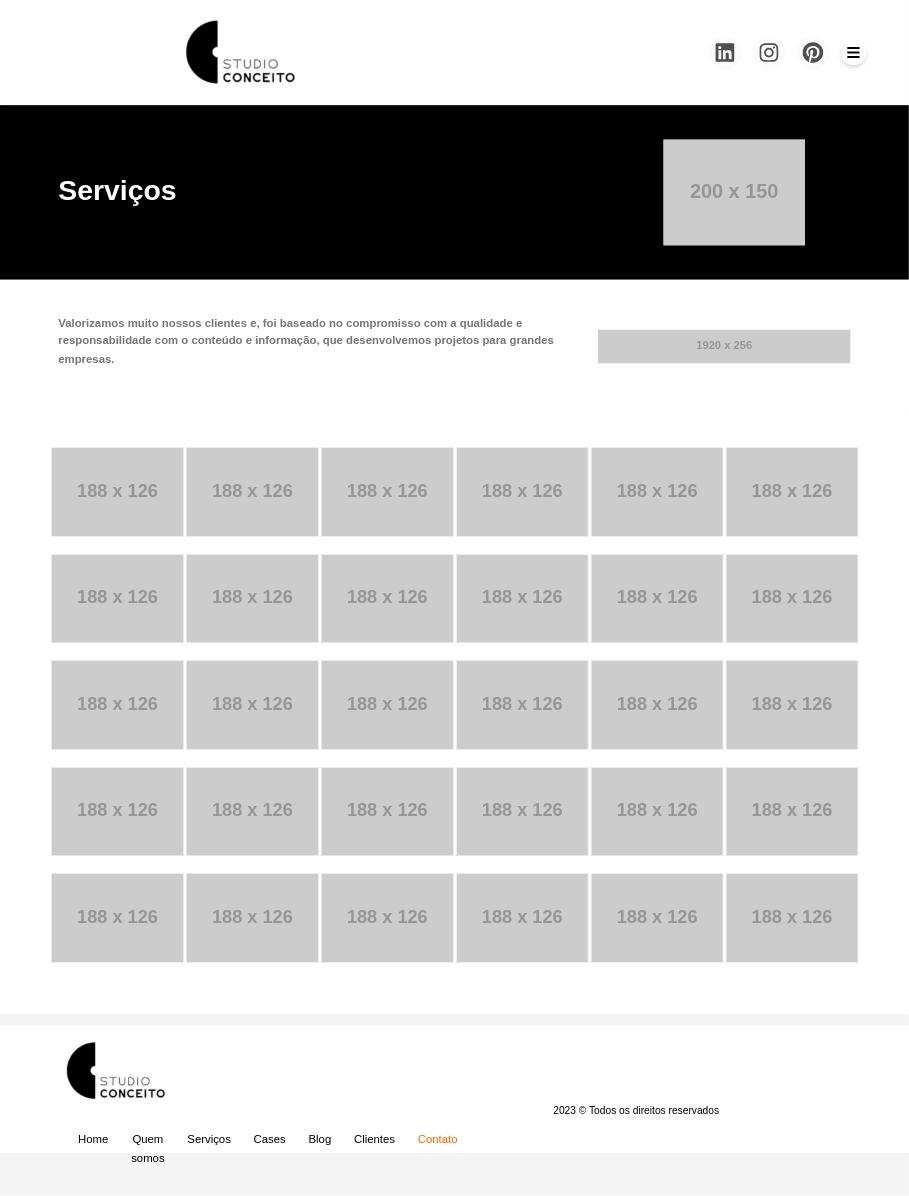
Repository: Upstairs-Agencia/studio-conceito-react
Page: /clientes
These files come from the project's save history. The page is drawn as it stood at one moment and after the next save; the edit follows.
The browser window is 1280 px wide. The pictures show the whole page, at 71% of full size.
The project was rebuilt for these pictures with package versions that can differ from the ones it lists, and the page was loaded fresh each time. Also part of the build but not shown: src/pages/Home.js, src/pages/QuemSomos.js, src/pages/Servicos.js, src/pages/Cases.js, src/pages/Blog.js, src/pages/Contato.js.

Above is the page before, as saved 2024-12-28 02:14:05.

After the next save:
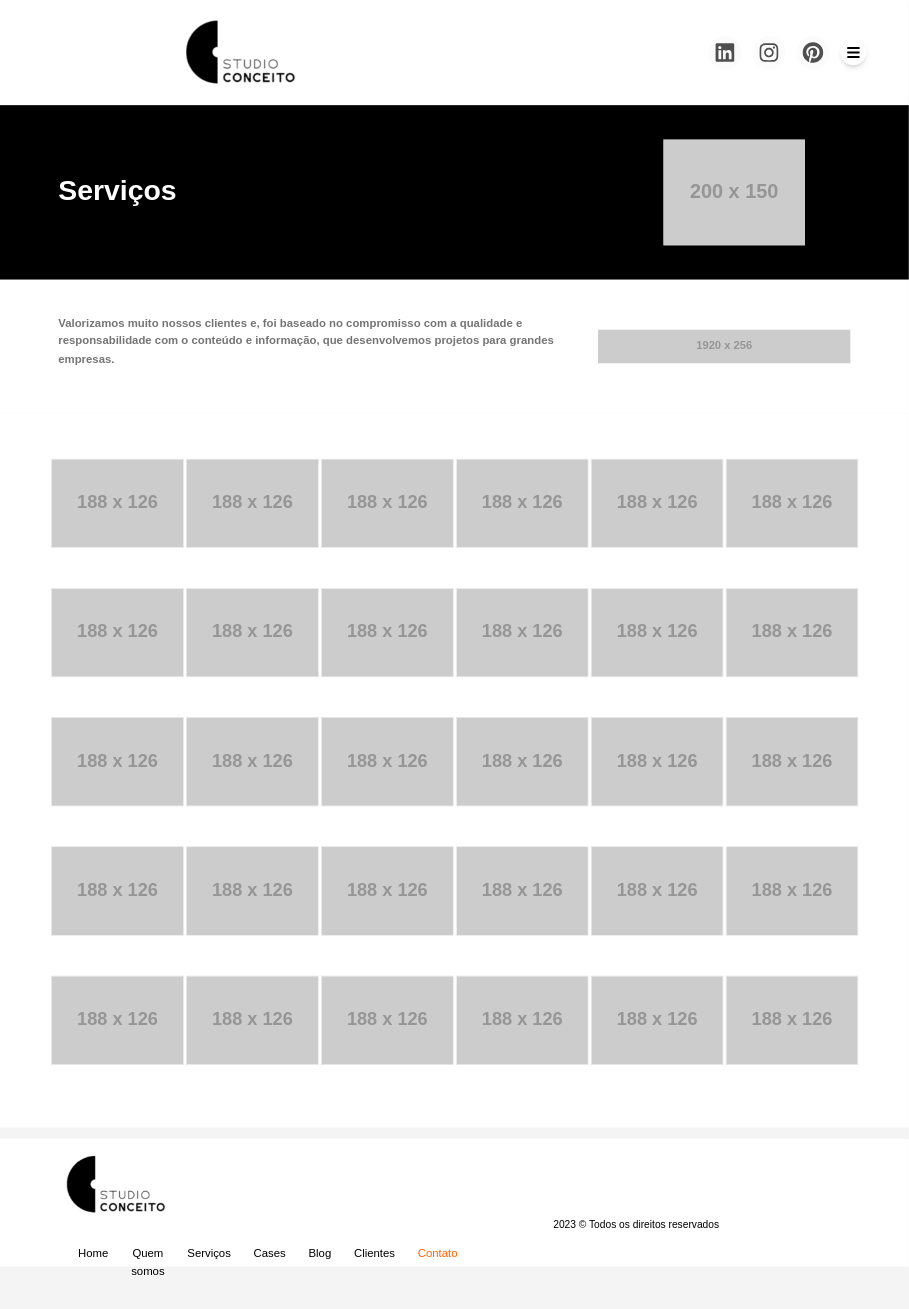
Saved 57 s later.
--- a/src/pages/Clientes.js
+++ b/src/pages/Clientes.js
@@ -68,7 +68,8 @@ const Clientes = () => {
                     width: '188px',
                     height: '126px',
                     backgroundColor: '#fff',
-                    border: '1px solid #ddd', // Borda leve para destaque
+                    border: '1px solid #ddd',
+                    margin: '1rem' // Borda leve para destaque
                   }}
                 />
               </MDBCol>
